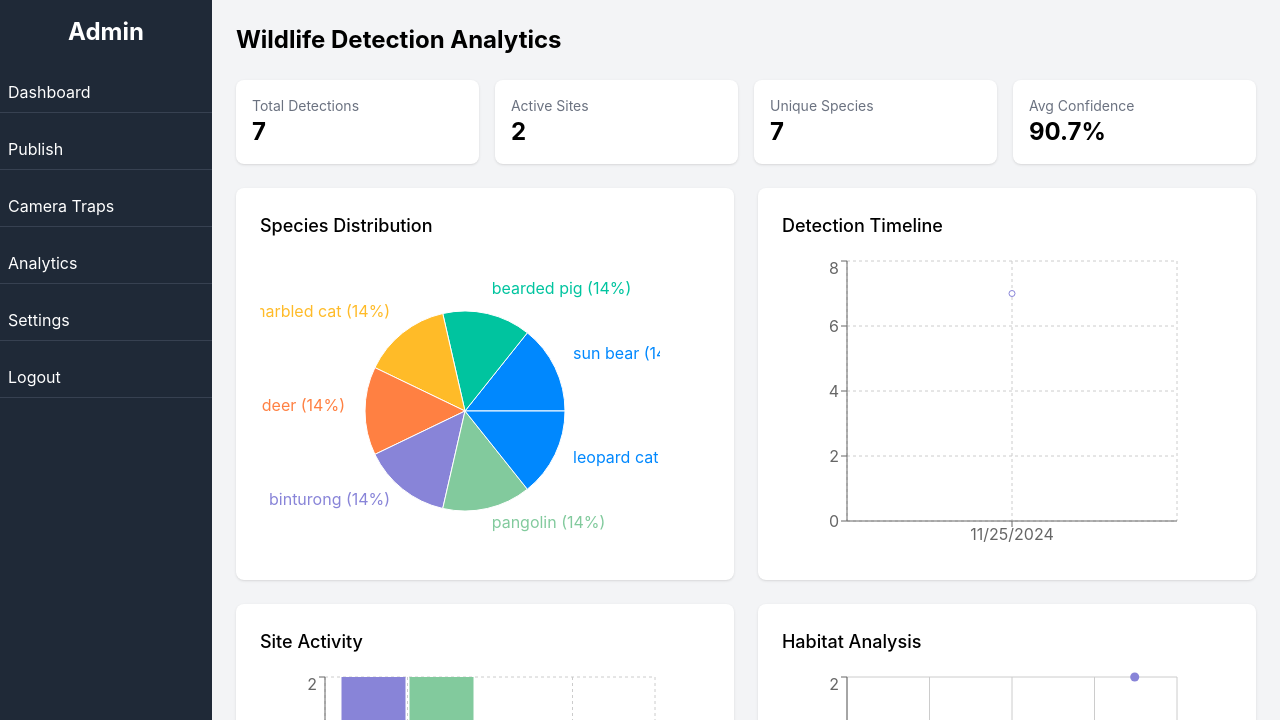
Repository: DominicMathew240/wildlife
Page: /pages/admin/dashboard/analytics
An editor plug-in stored every save of this project. The page is shown before and after the next save, followed by the edit.
The browser window is 1280 px wide. The pictures show the whole page.
An inner scrolling area shows only its first screen. Some web libraries are served in a nearby version. The project was rebuilt for these pictures with package versions that can differ from the ones it lists, and the page was loaded fresh each time. The framework's server and built-in components were replaced by stand-ins that run in the browser. Also part of the build but not shown: next.config.mjs.

Above is the page before, as saved 2024-11-25 23:55:28.

### src/app/layout.js
import localFont from "next/font/local";
import "./globals.css";

const geistSans = localFont({
  src: "./fonts/GeistVF.woff",
  variable: "--font-geist-sans",
  weight: "100 900",
});
const geistMono = localFont({
  src: "./fonts/GeistMonoVF.woff",
  variable: "--font-geist-mono",
  weight: "100 900",
});

export const metadata = {
  title: "Wild Life",
  description: "Wild Life of Sarawak",
};

export default function RootLayout({ children }) {
  return (
    <html lang="en">
      <head>
        <link href="https://cdn.jsdelivr.net/npm/flowbite@2.5.1/dist/flowbite.min.css" rel="stylesheet" />
      </head>
      <body className={`${geistSans.variable} ${geistMono.variable} antialiased`} >
        {children}

        <script src="https://cdn.jsdelivr.net/npm/flowbite@2.5.1/dist/flowbite.min.js"></script>
      </body>
    </html>
  );
}

### src/app/pages/admin/dashboard/analytics/page.js
"use client";

import React, { useState, useEffect } from 'react';
import { BarChart, Bar, XAxis, YAxis, CartesianGrid, Tooltip, Legend, PieChart, Pie, Cell, LineChart, Line, ScatterChart, Scatter } from 'recharts';
import Sidebar from "../../components/sidebar";
import { createClient } from '@vercel/postgres';


export default function Analytics() {
  // Mock data matching our database schema
  const detectionData = [
    { site_id: '0002-A', species: 'sun bear', confidence: 0.89, timestamp: '2024-11-25 14:23:15' },
    { site_id: '0002-A', species: 'bearded pig', confidence: 0.95, timestamp: '2024-11-25 15:45:32' },
    { site_id: '0002-B', species: 'marbled cat', confidence: 0.88, timestamp: '2024-11-25 16:12:45' },
    { site_id: '0002-C', species: 'sambar deer', confidence: 0.92, timestamp: '2024-11-25 17:30:21' },
    { site_id: '0002-D', species: 'binturong', confidence: 0.87, timestamp: '2024-11-25 18:45:33' },
    { site_id: '0002-E', species: 'pangolin', confidence: 0.91, timestamp: '2024-11-25 19:20:11' },
    { site_id: '0002-F', species: 'leopard cat', confidence: 0.93, timestamp: '2024-11-25 20:15:42' },
    // Add all the detection data we inserted earlier
  ];

  const siteData = [
    {
      site_id: '0002-A',
      elevation_m: 279,
      forest_cover: 95,
      canopy_height: 35,
      water_occurrence: 12,
      distance_to_road: 0,
      human_population: 0
    },
    {
      site_id: '0002-B',
      elevation_m: 308,
      forest_cover: 97,
      canopy_height: 43,
      water_occurrence: 0,
      distance_to_road: 0,
      human_population: 0
    },
    // Add all the site data we inserted earlier
  ];

  const getSpeciesStats = () => {
    const stats = {};
    detectionData.forEach(det => {
      if (!stats[det.species]) {
        stats[det.species] = {
          count: 0,
          avgConfidence: 0,
          sites: new Set()
        };
      }
      stats[det.species].count++;
      stats[det.species].avgConfidence += det.confidence;
      stats[det.species].sites.add(det.site_id);
    });

    return Object.entries(stats).map(([species, data]) => ({
      species,
      count: data.count,
      avgConfidence: (data.avgConfidence / data.count * 100).toFixed(1),
      siteCount: data.sites.size
    })).sort((a, b) => b.count - a.count);
  };

  const getSiteStats = () => {
    return siteData.map(site => ({
      ...site,
      detectionCount: detectionData.filter(d => d.site_id === site.site_id).length,
      uniqueSpecies: new Set(detectionData.filter(d => d.site_id === site.site_id).map(d => d.species)).size
    }));
  };

  const getTimeSeriesData = () => {
    const timeData = {};
    detectionData.forEach(det => {
      const date = new Date(det.timestamp).toLocaleDateString();
      timeData[date] = (timeData[date] || 0) + 1;
    });
    return Object.entries(timeData)
      .map(([date, count]) => ({ date, count }))
      .sort((a, b) => new Date(a.date) - new Date(b.date));
  };

  const COLORS = ['#0088FE', '#00C49F', '#FFBB28', '#FF8042', '#8884d8', '#82ca9d'];

  return (
    <div className="flex flex-row h-screen bg-gray-100">
      <Sidebar />
      <div className="w-full p-6 overflow-y-auto">
        <h1 className="text-2xl font-bold mb-6">Wildlife Detection Analytics</h1>

        {/* Overview Cards */}
        <div className="grid grid-cols-1 md:grid-cols-4 gap-4 mb-6">
          <div className="bg-white p-4 rounded-lg shadow">
            <h3 className="text-gray-500 text-sm">Total Detections</h3>
            <p className="text-2xl font-bold">{detectionData.length}</p>
          </div>
          <div className="bg-white p-4 rounded-lg shadow">
            <h3 className="text-gray-500 text-sm">Active Sites</h3>
            <p className="text-2xl font-bold">{siteData.length}</p>
          </div>
          <div className="bg-white p-4 rounded-lg shadow">
            <h3 className="text-gray-500 text-sm">Unique Species</h3>
            <p className="text-2xl font-bold">{new Set(detectionData.map(d => d.species)).size}</p>
          </div>
          <div className="bg-white p-4 rounded-lg shadow">
            <h3 className="text-gray-500 text-sm">Avg Confidence</h3>
            <p className="text-2xl font-bold">
              {(detectionData.reduce((acc, det) => acc + det.confidence, 0) / detectionData.length * 100).toFixed(1)}%
            </p>
          </div>
        </div>

        {/* Charts */}
        <div className="grid grid-cols-1 md:grid-cols-2 gap-6 mb-6">
          <div className="bg-white p-6 rounded-lg shadow">
            <h3 className="text-lg font-medium mb-4">Species Distribution</h3>
            <PieChart width={400} height={300}>
              <Pie
                data={getSpeciesStats()}
                cx={200}
                cy={150}
                labelLine={false}
                outerRadius={100}
                dataKey="count"
                nameKey="species"
                label={({ species, percent }) => `${species} (${(percent * 100).toFixed(0)}%)`}
              >
                {getSpeciesStats().map((entry, index) => (
                  <Cell key={`cell-${index}`} fill={COLORS[index % COLORS.length]} />
                ))}
              </Pie>
              <Tooltip />
            </PieChart>
          </div>

          <div className="bg-white p-6 rounded-lg shadow">
            <h3 className="text-lg font-medium mb-4">Detection Timeline</h3>
            <LineChart width={400} height={300} data={getTimeSeriesData()}>
              <CartesianGrid strokeDasharray="3 3" />
              <XAxis dataKey="date" />
              <YAxis />
              <Tooltip />
              <Line type="monotone" dataKey="count" stroke="#8884d8" />
            </LineChart>
          </div>

          <div className="bg-white p-6 rounded-lg shadow">
            <h3 className="text-lg font-medium mb-4">Site Activity</h3>
            <BarChart width={400} height={300} data={getSiteStats().slice(0, 10)}>
              <CartesianGrid strokeDasharray="3 3" />
              <XAxis dataKey="site_id" />
              <YAxis />
              <Tooltip />
              <Legend />
              <Bar dataKey="detectionCount" fill="#8884d8" name="Detections" />
              <Bar dataKey="uniqueSpecies" fill="#82ca9d" name="Unique Species" />
            </BarChart>
          </div>

          <div className="bg-white p-6 rounded-lg shadow">
            <h3 className="text-lg font-medium mb-4">Habitat Analysis</h3>
            <ScatterChart width={400} height={300}>
              <CartesianGrid />
              <XAxis type="number" dataKey="elevation_m" name="Elevation (m)" />
              <YAxis type="number" dataKey="detectionCount" name="Detection Count" />
              <Tooltip cursor={{ strokeDasharray: '3 3' }} />
              <Scatter name="Sites" data={getSiteStats()} fill="#8884d8" />
            </ScatterChart>
          </div>
        </div>

        {/* Detailed Tables */}
        <div className="grid grid-cols-1 gap-6">
          <div className="bg-white p-6 rounded-lg shadow">
            <h3 className="text-lg font-medium mb-4">Latest Detections</h3>
            <div className="overflow-x-auto">
              <table className="min-w-full">
                <thead>
                  <tr className="bg-gray-50">
                    <th className="p-2">Time</th>
                    <th className="p-2">Site</th>
                    <th className="p-2">Species</th>
                    <th className="p-2">Confidence</th>
                  </tr>
                </thead>
                <tbody>
                  {detectionData.slice(0, 10).map((detection, idx) => (
                    <tr key={idx} className="border-t">
                      <td className="p-2">{new Date(detection.timestamp).toLocaleString()}</td>
                      <td className="p-2">{detection.site_id}</td>
                      <td className="p-2">{detection.species}</td>
                      <td className="p-2">{(detection.confidence * 100).toFixed(1)}%</td>
                    </tr>
                  ))}
                </tbody>
              </table>
            </div>
          </div>

          <div className="bg-white p-6 rounded-lg shadow">
            <h3 className="text-lg font-medium mb-4">Site Performance</h3>
            <div className="overflow-x-auto">
              <table className="min-w-full">
                <thead>
                  <tr className="bg-gray-50">
                    <th className="p-2">Site ID</th>
                    <th className="p-2">Elevation (m)</th>
                    <th className="p-2">Forest Cover (%)</th>
                    <th className="p-2">Canopy Height (m)</th>
                    <th className="p-2">Total Detections</th>
                    <th className="p-2">Unique Species</th>
                  </tr>
                </thead>
                <tbody>
                  {getSiteStats().map((site, idx) => (
                    <tr key={idx} className="border-t">
                      <td className="p-2">{site.site_id}</td>
                      <td className="p-2">{site.elevation_m}</td>
                      <td className="p-2">{site.forest_cover}</td>
                      <td className="p-2">{site.canopy_height}</td>
                      <td className="p-2">{site.detectionCount}</td>
                      <td className="p-2">{site.uniqueSpecies}</td>
                    </tr>
                  ))}
                </tbody>
              </table>
            </div>
          </div>
        </div>
      </div>
    </div>
  );
}

### src/app/globals.css
@tailwind base;
@tailwind components;
@tailwind utilities;

.thank-you-animation {
    font-size: 3rem;
    animation: bounce 1s infinite;
}

@keyframes bounce {
    0%, 100% {
        transform: translateY(0);
    }
    50% {
        transform: translateY(-20px);
    }
}

html {
    scroll-behavior: smooth;
}

### src/app/pages/admin/components/sidebar.js
import React from "react";
import Link from "next/link";

export default function Sidebar() {
    return (
        <aside className="flex flex-col justify-start items-center w-64 h-screen bg-gray-800 text-white">
            <h1 className="text-2xl font-bold mt-4">Admin</h1>
            <ul className="flex flex-col justify-start items-center w-full mt-4">
                <Link href="/pages/admin/dashboard" className="w-full p-2 my-2 border-b border-gray-700">Dashboard</Link>
                <Link href="/pages/admin/dashboard/admin_publish" className="w-full p-2 my-2 border-b border-gray-700">Publish</Link>
                <Link href="/pages/admin/dashboard/camera_traps" className="w-full p-2 my-2 border-b border-gray-700">Camera Traps</Link>
                <Link href="/pages/admin/dashboard/analytics" className="w-full p-2 my-2 border-b border-gray-700">Analytics</Link>
                <Link href="/pages/admin/dashboard/admin_roles" className="w-full p-2 my-2 border-b border-gray-700">Settings</Link>
                <a href="/" className="w-full p-2 my-2 border-b border-gray-700">Logout</a>
            </ul>
        </aside>
    );
}

Loaded but not shown: tailwind.config.js (common file)

After the next save:
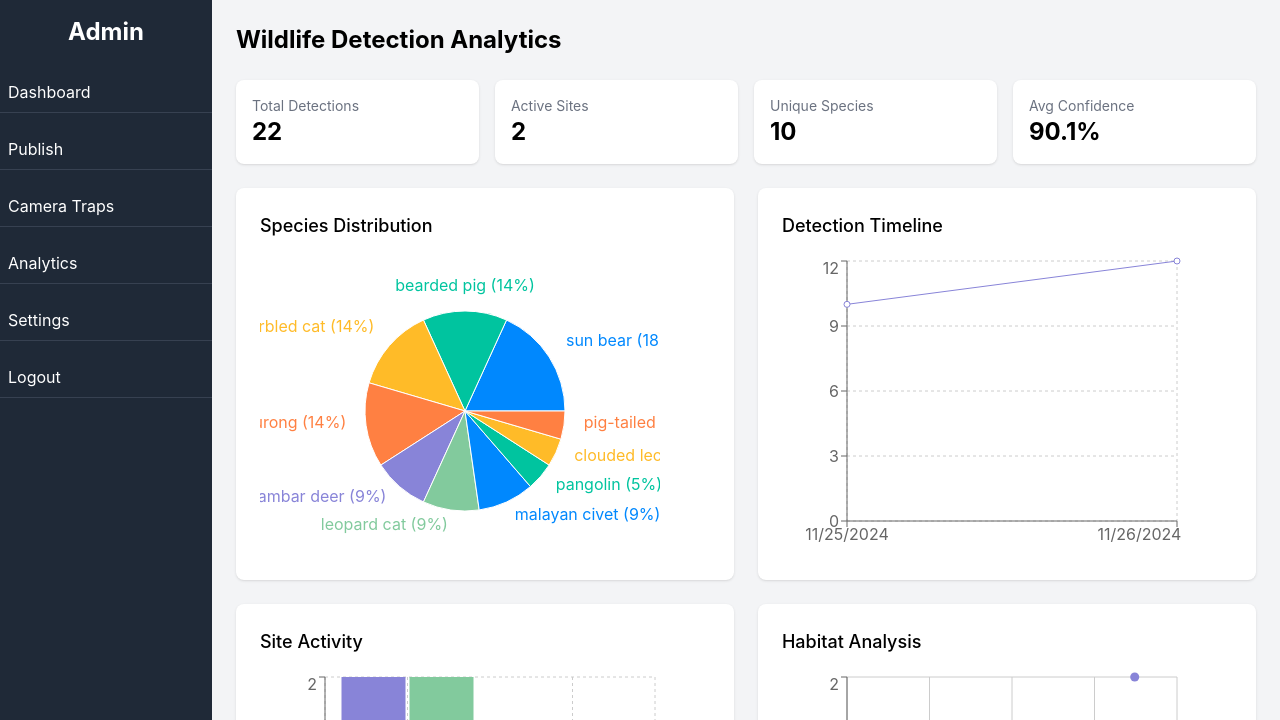
Saved 67 s later.
--- a/src/app/pages/admin/dashboard/analytics/page.js
+++ b/src/app/pages/admin/dashboard/analytics/page.js
@@ -14,10 +14,24 @@ export default function Analytics() {
     { site_id: '0002-B', species: 'marbled cat', confidence: 0.88, timestamp: '2024-11-25 16:12:45' },
     { site_id: '0002-C', species: 'sambar deer', confidence: 0.92, timestamp: '2024-11-25 17:30:21' },
     { site_id: '0002-D', species: 'binturong', confidence: 0.87, timestamp: '2024-11-25 18:45:33' },
-    { site_id: '0002-E', species: 'pangolin', confidence: 0.91, timestamp: '2024-11-25 19:20:11' },
-    { site_id: '0002-F', species: 'leopard cat', confidence: 0.93, timestamp: '2024-11-25 20:15:42' },
-    // Add all the detection data we inserted earlier
-  ];
+    { site_id: '0003-A', species: 'sun bear', confidence: 0.91, timestamp: '2024-11-25 19:15:42' },
+    { site_id: '0003-B', species: 'pangolin', confidence: 0.86, timestamp: '2024-11-25 20:25:18' },
+    { site_id: '0003-C', species: 'leopard cat', confidence: 0.93, timestamp: '2024-11-25 21:35:44' },
+    { site_id: '0003-D', species: 'clouded leopard', confidence: 0.89, timestamp: '2024-11-25 22:45:12' },
+    { site_id: '0004-A', species: 'malayan civet', confidence: 0.90, timestamp: '2024-11-25 23:15:33' },
+    { site_id: '0004-B', species: 'pig-tailed macaque', confidence: 0.88, timestamp: '2024-11-26 00:25:42' },
+    { site_id: '0004-C', species: 'sun bear', confidence: 0.92, timestamp: '2024-11-26 01:35:18' },
+    { site_id: '0004-D', species: 'bearded pig', confidence: 0.94, timestamp: '2024-11-26 02:45:55' },
+    { site_id: '0005-A', species: 'marbled cat', confidence: 0.87, timestamp: '2024-11-26 03:15:22' },
+    { site_id: '0005-B', species: 'binturong', confidence: 0.89, timestamp: '2024-11-26 04:25:44' },
+    { site_id: '0005-C', species: 'sambar deer', confidence: 0.93, timestamp: '2024-11-26 05:35:16' },
+    { site_id: '0006-A', species: 'leopard cat', confidence: 0.90, timestamp: '2024-11-26 06:15:33' },
+    { site_id: '0006-B', species: 'malayan civet', confidence: 0.88, timestamp: '2024-11-26 07:25:47' },
+    { site_id: '0006-C', species: 'sun bear', confidence: 0.91, timestamp: '2024-11-26 08:35:19' },
+    { site_id: '0001-A', species: 'bearded pig', confidence: 0.89, timestamp: '2024-11-26 09:15:28' },
+    { site_id: '0001-B', species: 'binturong', confidence: 0.92, timestamp: '2024-11-26 10:25:45' },
+    { site_id: '0001-C', species: 'marbled cat', confidence: 0.90, timestamp: '2024-11-26 11:35:12' }
+];
 
   const siteData = [
     {
